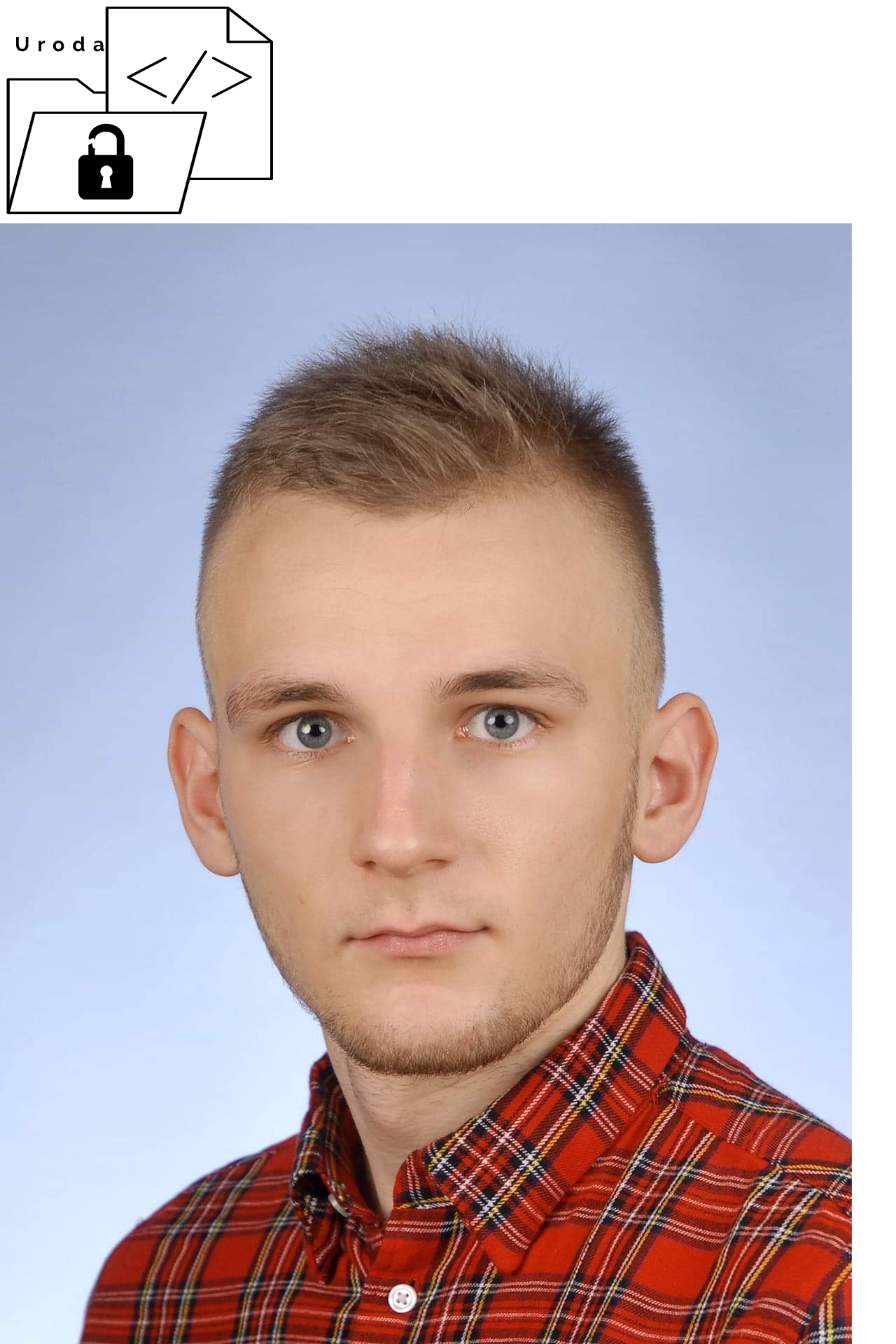
Repository: BartekUroda/portfolio
Page: index.html
These files come from the project's save history. The page is drawn as it stood at one moment and after the next save; the edit follows.
The browser window is 1280 px wide. The pictures show the part of the page from y = 0 to 1920 px (the page is 2238 px tall before and 2999 px after), at 70% of full size.
Some web fonts or font styles are not loaded; a fallback is used. Some web libraries are served in a nearby version.

Above is the page before, as saved 2020-10-26 17:18:04.

After the next save:
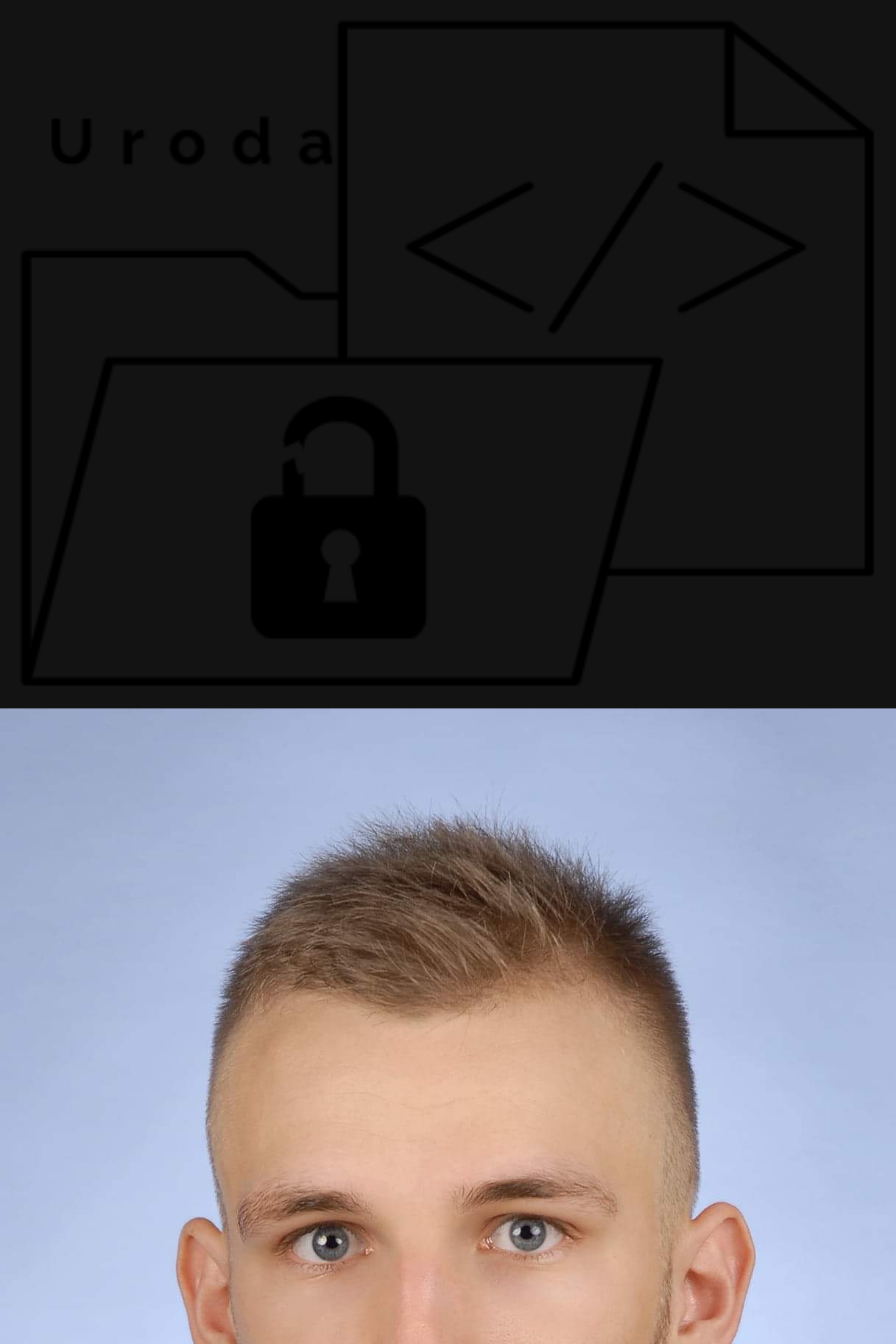
Saved 53 s later.
--- a/css/style.css
+++ b/css/style.css
@@ -6,3 +6,34 @@
   padding: 0;
   box-sizing: inherit;
 }
+html {
+    font-family: "Share Tech Mono", monospace;
+    font-size: 12px;
+    box-sizing: border-box;
+    scroll-behavior: smooth;
+    color: #e7e7e7;
+    background: rgb(19, 19, 19);
+}
+
+a {
+    text-decoration: none;
+    color: rgb(3, 155, 155);
+}
+
+a:hover {
+    color: rgba(249, 105, 14, 1);
+}
+
+ul {
+    list-style: none;
+}
+
+p {
+    font-size: 1.4rem;
+}
+
+img {
+    width: 100%;
+    max-width: 100%;
+    height: auto;
+}
